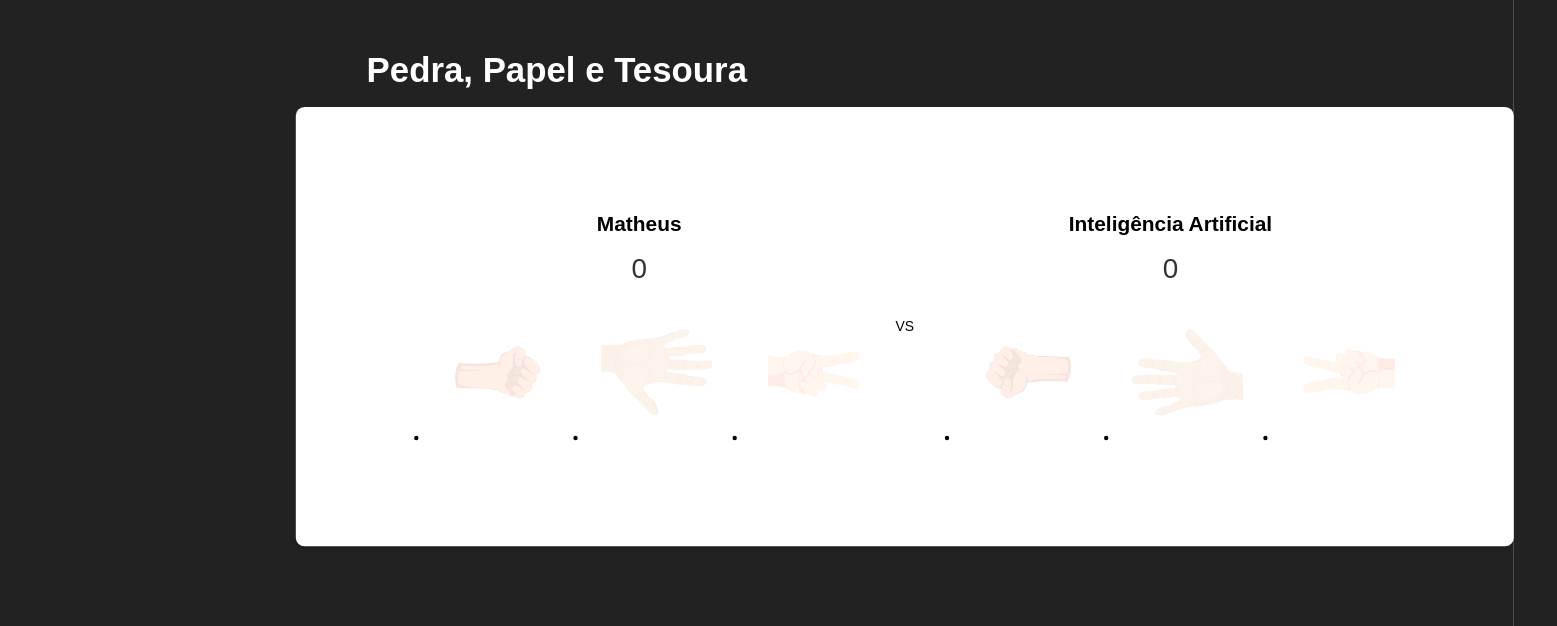
Repository: Matheus904-12/Pedra-Papel
Page: index.html
An editor plug-in stored every save of this project. The page is shown before and after the next save, followed by the edit.
The browser window is 1280 px wide. The page is 1740 px wide, then 1790 px, then 1740 px, so the pictures cover 1790 px, including what lies to the right of the window. The pictures show the whole page, at 87% of full size.

Above is the page before, as saved 2023-08-28 21:59:17.

After the next save:
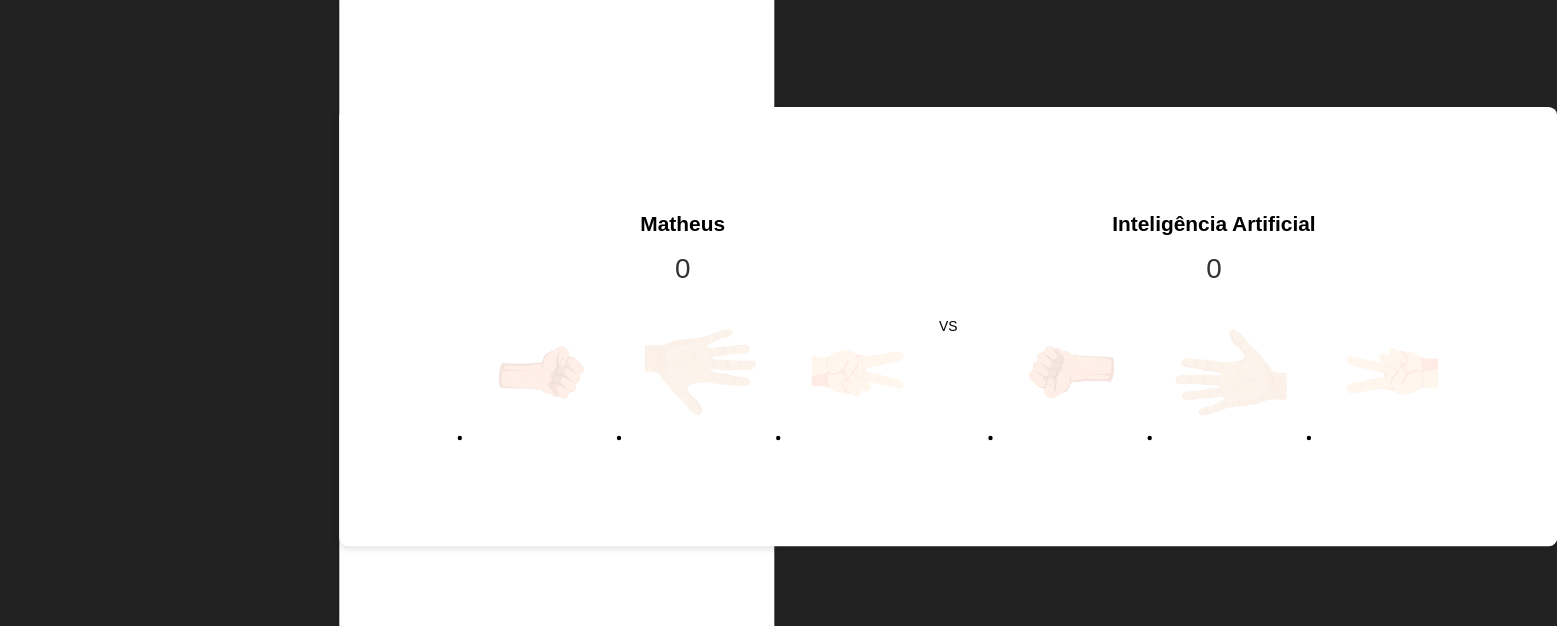
Saved 4 min 1 s later.
--- a/style.css
+++ b/style.css
@@ -25,8 +25,13 @@
     align-items: center;
     justify-content: center;
     min-height: 100vh;
+    width: 500px; /* Defina o tamanho desejado */
+    margin: 0 auto; /* Centraliza horizontalmente */
     transition: background-color 0.5s ease;
+    background-color: #fff;
+    box-shadow: 0 0 10px rgba(0, 0, 0, 0.1);
 }
+
 
 .container {
     width: 100%;

After the save that followed:
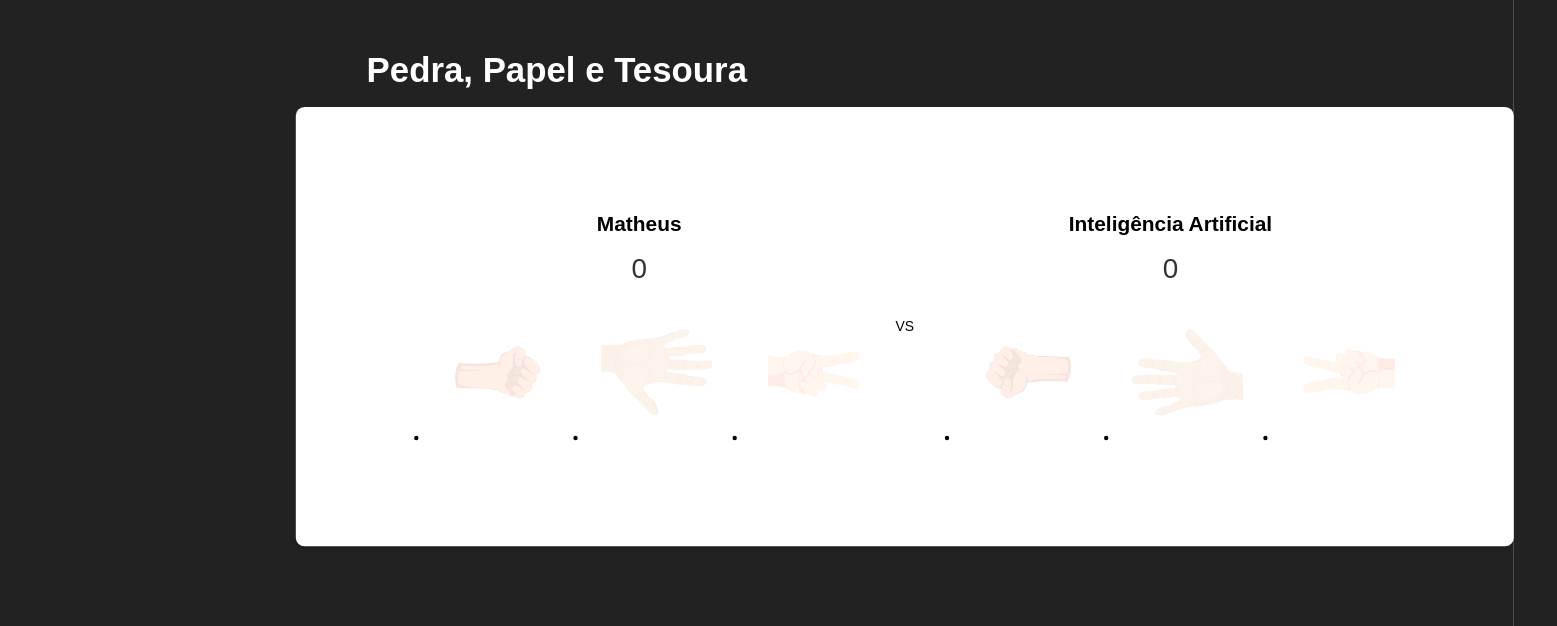
Saved 35 s later.
--- a/style.css
+++ b/style.css
@@ -25,13 +25,8 @@
     align-items: center;
     justify-content: center;
     min-height: 100vh;
-    width: 500px; /* Defina o tamanho desejado */
-    margin: 0 auto; /* Centraliza horizontalmente */
     transition: background-color 0.5s ease;
-    background-color: #fff;
-    box-shadow: 0 0 10px rgba(0, 0, 0, 0.1);
 }
-
 
 .container {
     width: 100%;
